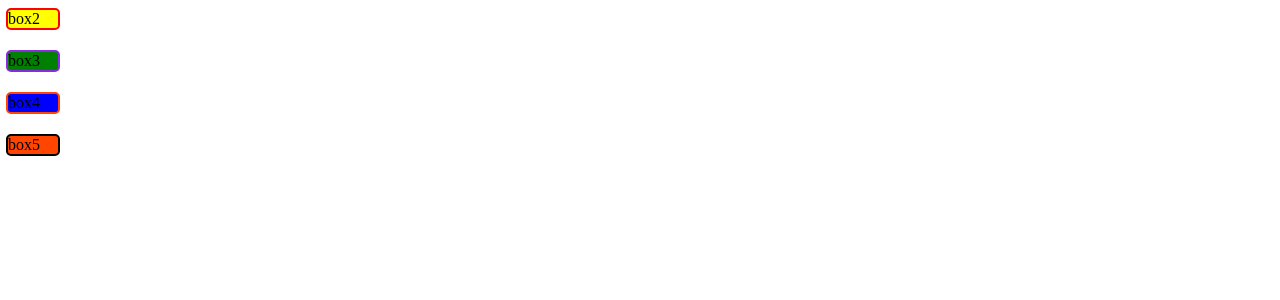
Repository: ABDUSALIMSUBAHIELBASHI/full-html-css-js
Page: Desktop/coding/css/indexday2.html
The author's editor kept a copy of each file at every save. The page is drawn from the files as they stood at one save, then again after the next save.
The browser window is 1280 px wide. The pictures show the whole page.

Above is the page before, as saved 2025-09-16 10:53:51.

After the next save:
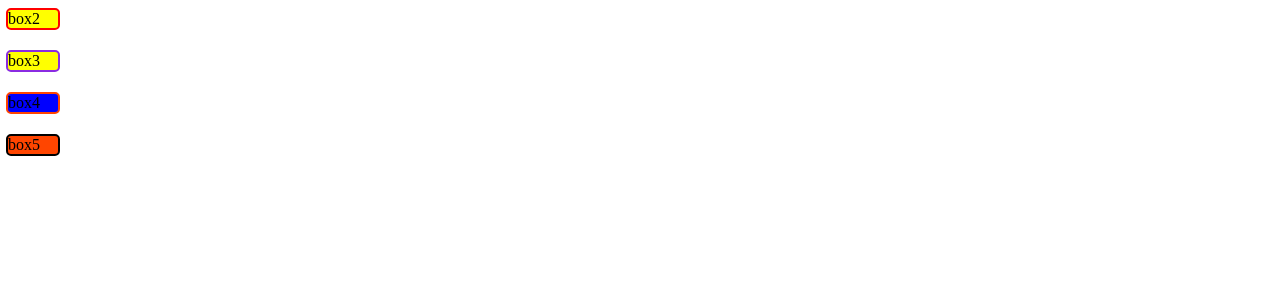
Saved 11 s later.
--- a/Desktop/coding/css/indexday2.css
+++ b/Desktop/coding/css/indexday2.css
@@ -3,6 +3,18 @@
     flex-direction: column;
     gap: 20px;
     justify-content: space-evenly;
+.box3{
+ background-color: yellow;
+    width: 50px;
+    height: 20px;
+    border-radius: 5px;
+}
+.box3{
+ background-color: yellow;
+    width: 50px;
+    height: 20px;
+    border-radius: 5px;
+}
     align-items: center;
 }
 #box{
